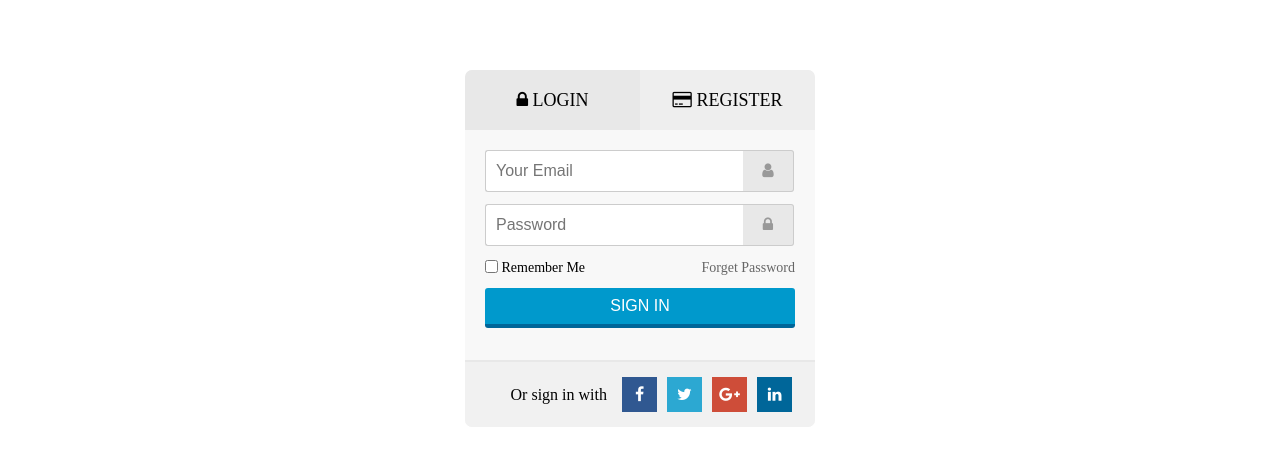
Repository: vishal22091997/MyWebApp
Page: http://localhost/MyWebApp/LoginForm.jsp
These files come from the project's save history. The page is drawn as it stood at one moment and after the next save; the edit follows.
The browser window is 1280 px wide. The pictures show the whole page.
Some web fonts or font styles are not loaded; a fallback is used. Some web libraries are served in a nearby version. The page is served by Tomcat 9.

Above is the page before, as saved 2017-06-11 17:45:01.

After the next save:
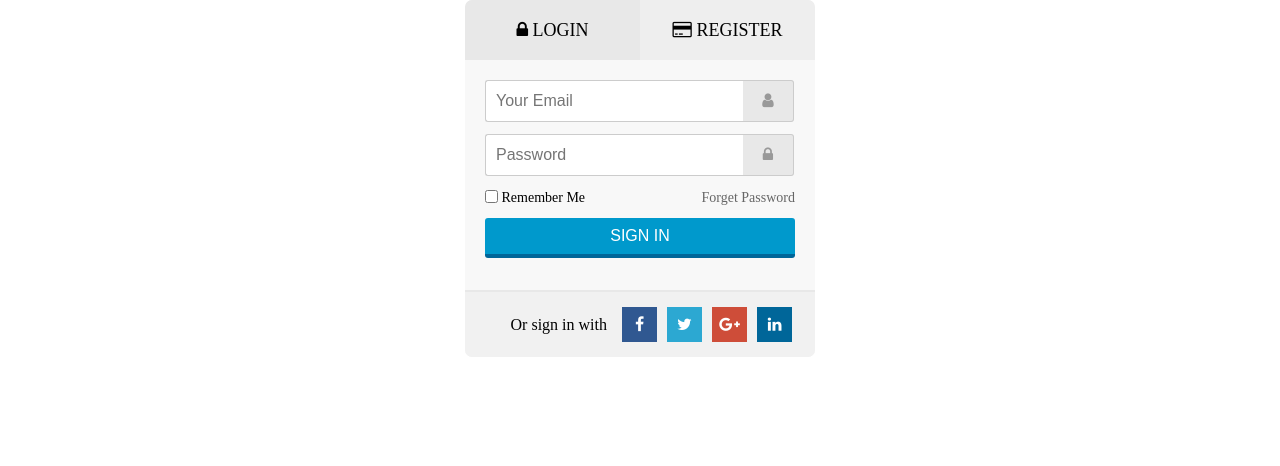
Saved 73 s later.
--- a/MyWebApp/src/main/webapp/LoginForm.jsp
+++ b/MyWebApp/src/main/webapp/LoginForm.jsp
@@ -8,7 +8,7 @@
 <style>
 
 li,ul,body,input{margin:0; padding:0; list-style:none}
-#login-form{width:350px; background:#FFF; margin:0 auto; margin-top:70px; background:#f8f8f8; overflow:hidden; border-radius:7px}
+#login-form{width:350px; background:#FFF; margin:0 auto; margin-top:0px; background:#f8f8f8; overflow:hidden; border-radius:7px}
 .form-header{display:table; clear:both}
 .form-header label{display:block; cursor:pointer; z-index:999}
 .form-header li{margin:0; line-height:60px; width:175px; text-align:center; background:#eee; font-size:18px; float:left; transition:all 600ms ease}
